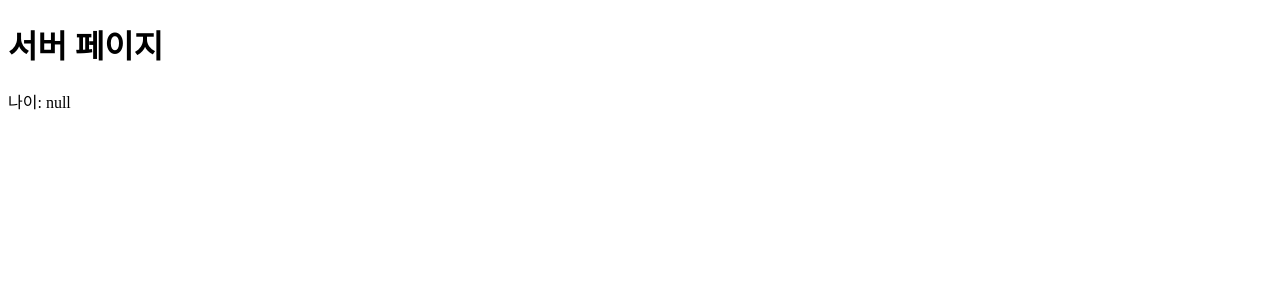
Repository: sinsujung/client
Page: http://localhost/ClientTest/html/ex18_server.jsp
An editor plug-in stored every save of this project. The page is shown before and after a run of saves, followed by the edit.
The browser window is 1280 px wide. The pictures show the whole page.
The page is served by Tomcat 9.

Above is the page before, as saved 2023-09-21 06:11:00.

### ClientTest/src/main/webapp/html/ex18_server.jsp
<%@ page language="java" contentType="text/html; charset=UTF-8"
    pageEncoding="UTF-8"%>
<!DOCTYPE html>
<html>
<head>
<meta charset="UTF-8">
<title>Insert title here</title>
</head>
<body>
	<!-- ex18_server.jsp -->

	<h1>서버 페이지</h1>

	<%

		//자바 영역
		//int a = 10;
		//System.out.println(a);

		String txtAge = request.getParameter("age");

	%>

	<p>나이: <%= txtAge %></p>


</body>
</html>

After the next 2 saves:
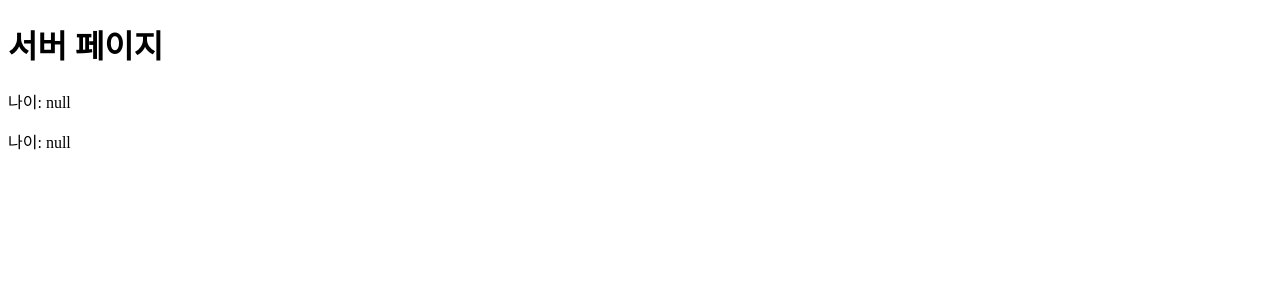
The 2 saves are shown as one change because 1 did not build or start.
The last was saved 2 min 26 s later.
--- a/ClientTest/src/main/webapp/html/ex18_server.jsp
+++ b/ClientTest/src/main/webapp/html/ex18_server.jsp
@@ -18,11 +18,12 @@
 		//System.out.println(a);
 
 		String txtAge = request.getParameter("age");
+		String txt1 = request.getParameter("txt1");
 
 	%>
 
 	<p>나이: <%= txtAge %></p>
-
+	<p>나이: <%= txt1 %></p>
 
 </body>
 </html>
